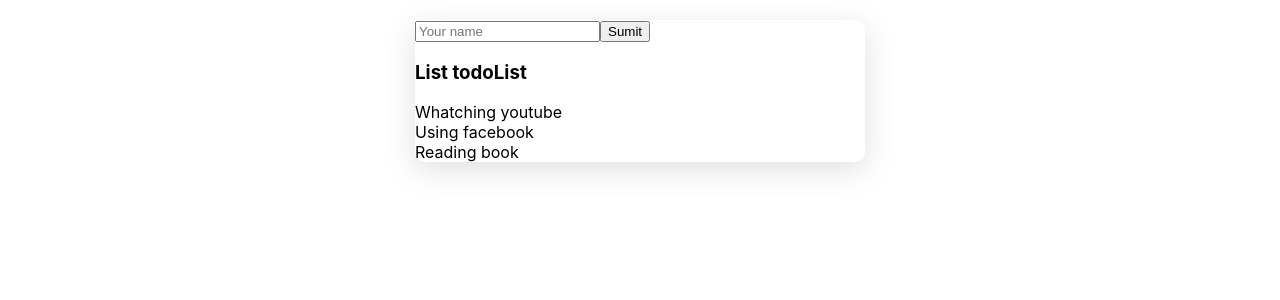
Repository: hoang0508/ReactJsHoiDanIT
Page: /
An editor plug-in stored every save of this project. The page is shown before and after the next save, followed by the edit.
The browser window is 1280 px wide. The pictures show the whole page.
The project was rebuilt for these pictures with package versions that can differ from the ones it lists, and the page was loaded fresh each time. Also part of the build but not shown: src/App.css.

Above is the page before, as saved 2022-02-04 16:14:33.

### src/App.js
// import logo from "./logo.svg";
import "./App.css";
import TodoList from "./components/TodoApp/TodoList";

const App = () => {
  return <TodoList />;
};

export default App;

### src/components/TodoApp/TodoList.js
import React, { useState } from "react";
import "./TodoList.scss";
const TodoList = () => {
  const [nameTodo, setNameTodo] = useState("");
  const [listTodo, setListTodo] = useState([
    {
      id: 1,
      name: "Whatching youtube",
    },
    {
      id: 2,
      name: "Using facebook",
    },
    {
      id: 3,
      name: "Reading book",
    },
  ]);
  console.log(">> check data:", listTodo);
  const handleChangeTodo = (e) => {
    setNameTodo(e.target.value);
  };
  const handleClickTodo = (e) => {
    let todoItem = {
      id: Math.floor(Math.random() * 1000),
      name: nameTodo,
    };
    setListTodo([...listTodo, todoItem]);
  };
  return (
    <>
      <div className="todo">
        <input
          className="todo-input"
          type="text"
          placeholder="Your name"
          // value={nameTodo}
          onChange={(e) => handleChangeTodo(e)}
        />
        <button
          className="todo-btn"
          type="button"
          onClick={(e) => handleClickTodo(e)}
        >
          Sumit
        </button>
        <div>
          <h3 className="todo-list">List todoList</h3>
          {listTodo &&
            listTodo.length > 0 &&
            listTodo.map((item, index) => (
              <div key={item.id} className="todo-item">
                <div className="todo-name">{item.name}</div>
              </div>
            ))}
        </div>
      </div>
    </>
  );
};

// class TodoList extends React.Component {
//   // Khai báo state
//   state = {
//     name: "Hoang",
//   };
//   render() {
//     return (
//       <>
//         <input
//           placeholder="Your name"
//           onChange={(e) => this.setState({ name: e.target.value })}
//         />
//         <div>Hello {this.state.name}</div>
//       </>
//     );
//   }
// }

export default TodoList;

### src/components/TodoApp/TodoList.scss
.todo {
  max-width: 450px;
  width: 100%;
  margin: 20px auto;
  background-color: #fff;
  box-shadow: rgba(100, 100, 111, 0.2) 0px 7px 29px 0px;
  border-radius: 10px;
}

Loaded but not shown: public/index.html (common file); src/index.js (common file); src/index.css (common file); src/reportWebVitals.js (common file)

After the next save:
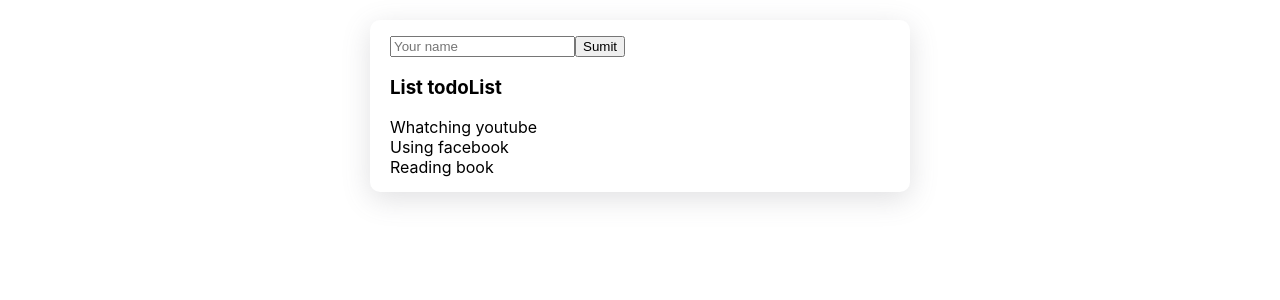
Saved 53 s later.
--- a/src/components/TodoApp/TodoList.scss
+++ b/src/components/TodoApp/TodoList.scss
@@ -1,7 +1,8 @@
 .todo {
-  max-width: 450px;
+  max-width: 500px;
   width: 100%;
   margin: 20px auto;
+  padding: 15px 20px;
   background-color: #fff;
   box-shadow: rgba(100, 100, 111, 0.2) 0px 7px 29px 0px;
   border-radius: 10px;
